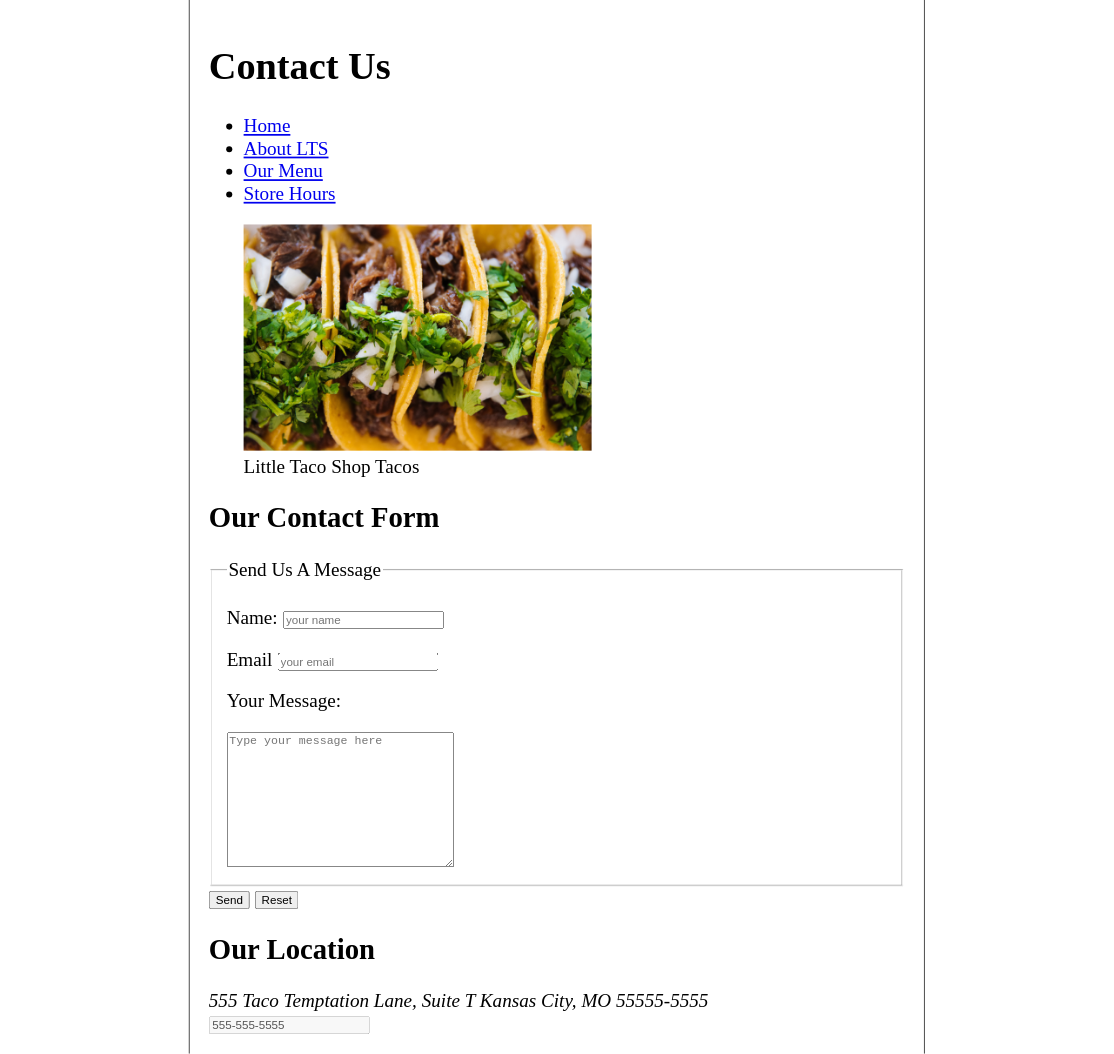
Repository: Israa-Odeh/html-basics-project
Page: contact.html
An editor plug-in stored every save of this project. The page is shown before and after a run of saves, followed by the edit.
The browser window is 1280 px wide. The pictures show the whole page, at 87% of full size.

Above is the page before, as saved 2024-08-20 03:13:41.

After the next 2 saves:
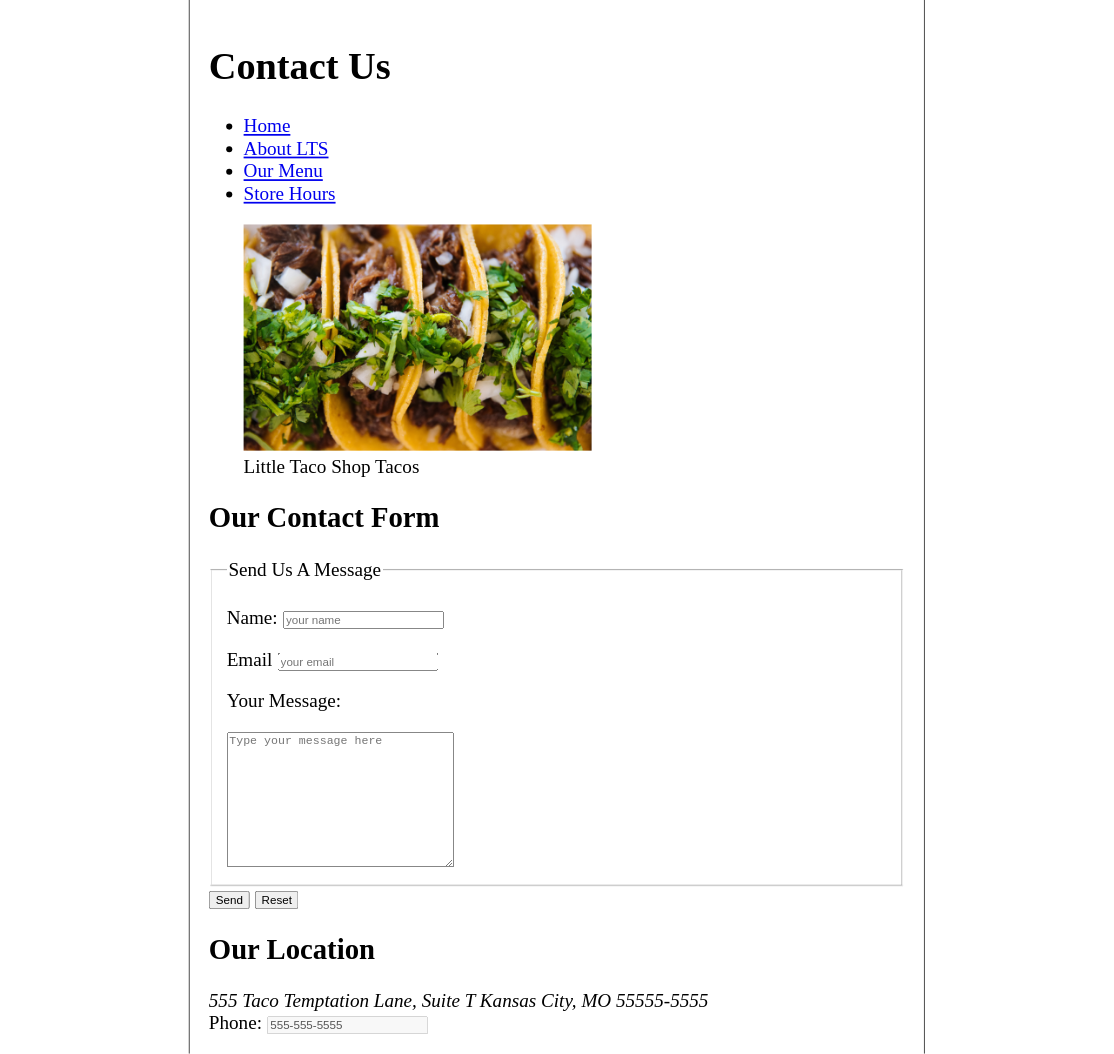
The 2 saves are shown as one change because they came seconds apart.
The last was saved 12 s later.
--- a/contact.html
+++ b/contact.html
@@ -63,7 +63,7 @@
             555 Taco Temptation Lane, Suite T
             Kansas City, MO 55555-5555
         </address>
-        <label for="phone-number"></label>
+        <label for="phone-number">Phone: </label>
         <input type="tel" name="phone-number" id="phone-number" value="555-555-5555" disabled>
 
     </main>
